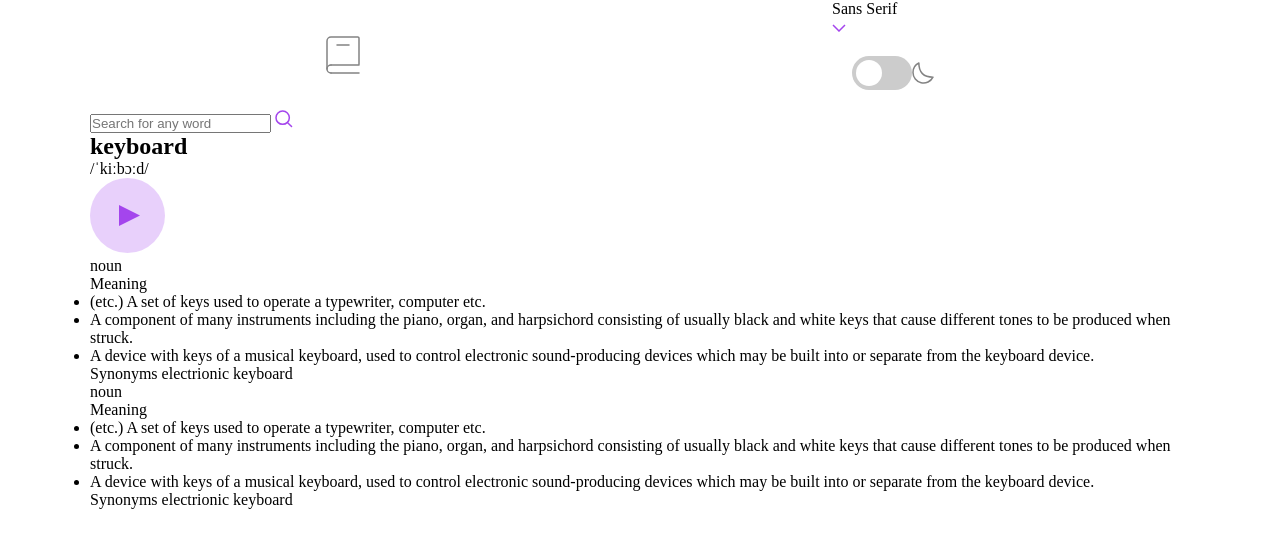
Repository: Arkitecth/dictionary-app
Page: index.html
These files come from the project's save history. The page is drawn as it stood at one moment and after the next save; the edit follows.
The browser window is 1280 px wide. The pictures show the whole page.

Above is the page before, as saved 2023-07-19 21:03:55.

After the next save:
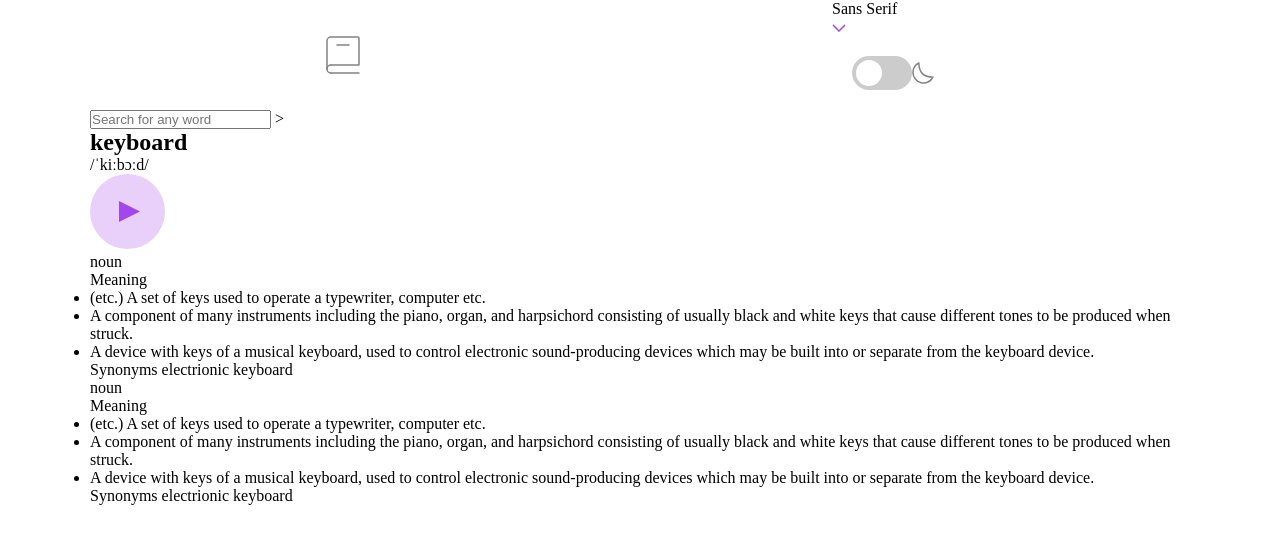
Saved 15 min 30 s later.
--- a/index.html
+++ b/index.html
@@ -35,8 +35,10 @@
   <!-- Search Bar -->
   <section class="search">
     <label for="search-bar"></label>
-    <input type="text" name="search-bar" id="search-bar" placeholder="Search for any word">
+    <input type="text" name="search-bar" id="search-bar" placeholder="Search for any word"
+
     <img src="assets/images/icon-search.svg" alt="search-icon" class="search-icon">
+    >
   </section>
 
 

After the 2 saves that followed:
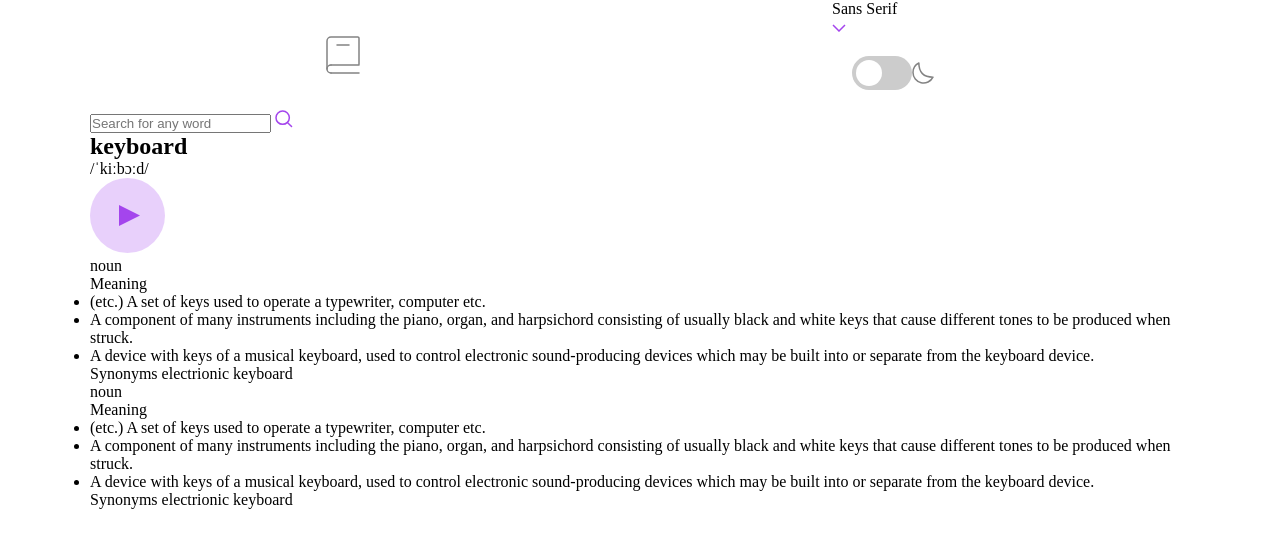
The 2 saves are shown as one change because 1 left the picture as it was.
The last was saved 25 s later.
--- a/index.html
+++ b/index.html
@@ -35,10 +35,8 @@
   <!-- Search Bar -->
   <section class="search">
     <label for="search-bar"></label>
-    <input type="text" name="search-bar" id="search-bar" placeholder="Search for any word"
-
+    <input type="text" name="search-bar" id="search-bar" placeholder="Search for any word">
     <img src="assets/images/icon-search.svg" alt="search-icon" class="search-icon">
-    >
   </section>
 
 
